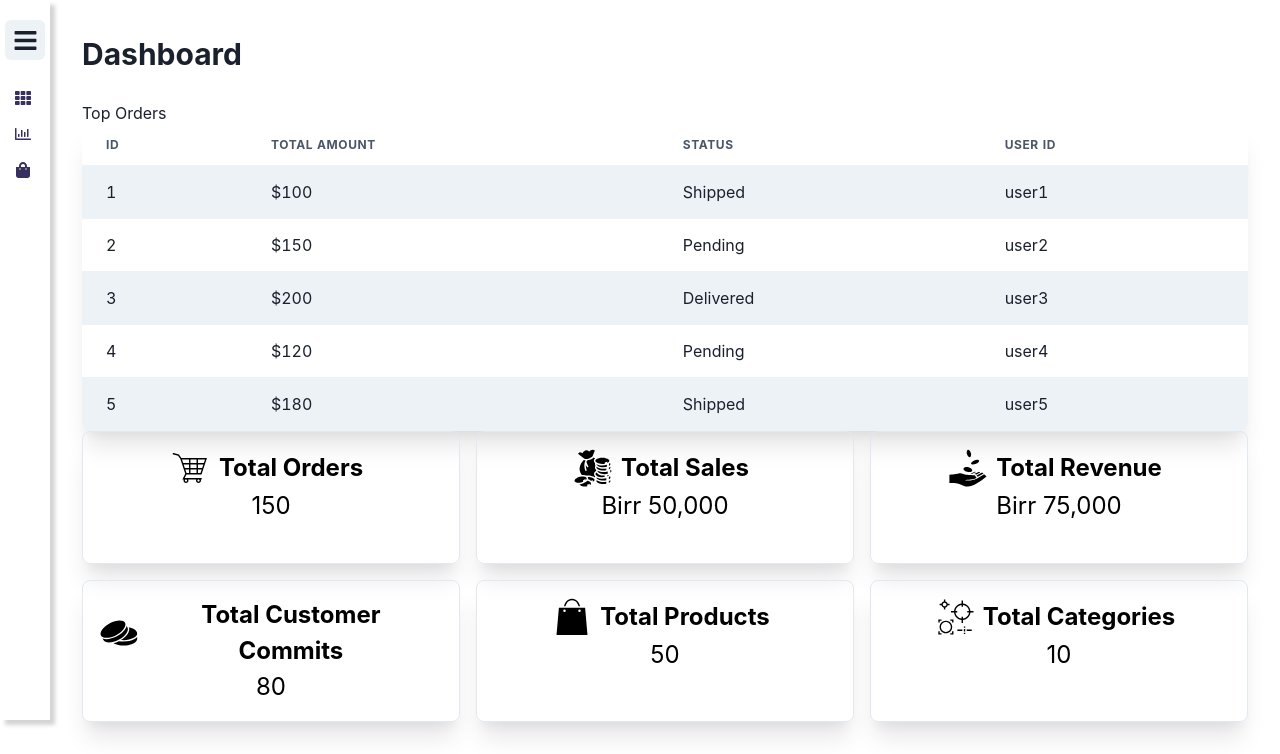
Repository: Andarg01/chakra-dashboard
Page: /
An editor plug-in stored every save of this project. The page is shown before and after the next save, followed by the edit.
The browser window is 1280 px wide. The pictures show the whole page.
The project was rebuilt for these pictures with package versions that can differ from the ones it lists, and the page was loaded fresh each time. Also part of the build but not shown: src/components/ProductModal.tsx, src/components/ProductTable.tsx, src/pages/ProductList.tsx, src/components/AnalyticalCard.tsx, src/pages/Analytics.tsx.

Above is the page before, as saved 2024-03-13 02:36:34.

After the next save:
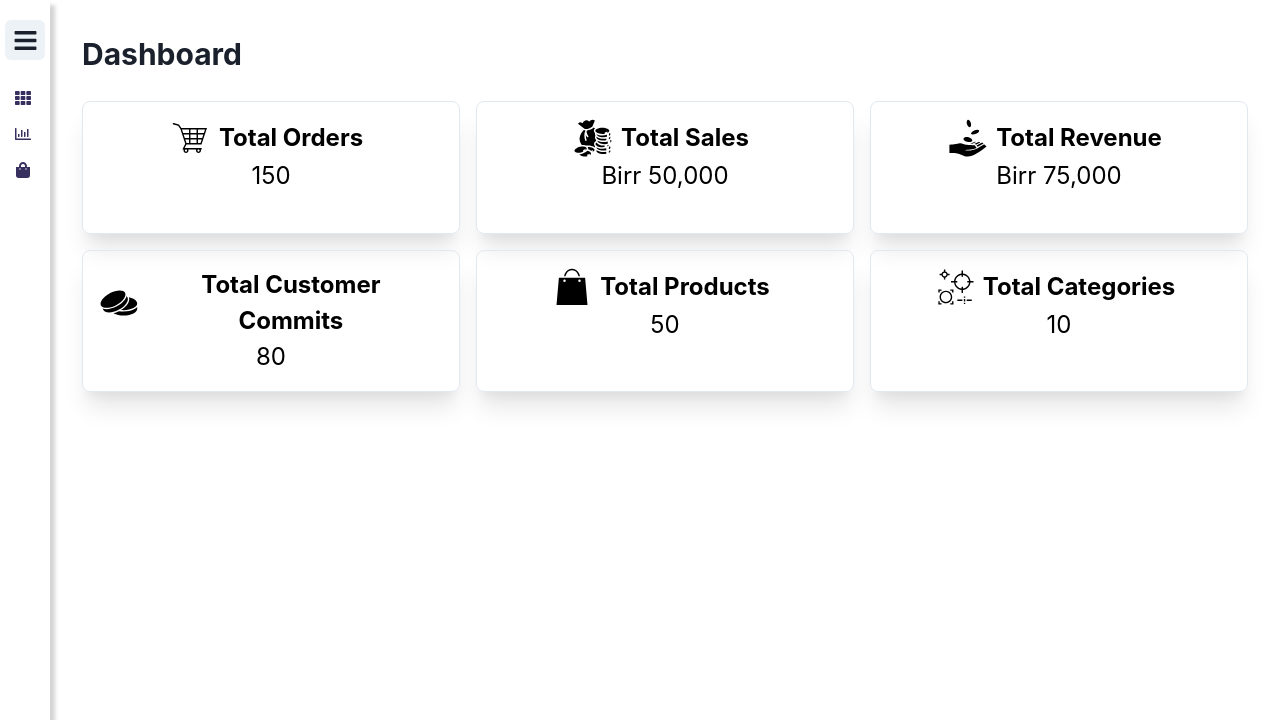
Saved 104 s later.
--- a/src/components/Dashboard.tsx
+++ b/src/components/Dashboard.tsx
@@ -5,7 +5,7 @@
 import React from 'react';
 import { Box, Text, SimpleGrid, Flex } from '@chakra-ui/react';
 import { GiShoppingCart, GiCash, GiReceiveMoney, GiTwoCoins, GiShoppingBag, GiMultipleTargets } from 'react-icons/gi';
-import Statics from './Statics';
+// import Statics from './Statics';
 
 interface DashboardCardProps {
   title: string;
@@ -70,7 +70,7 @@ const Dashboard: React.FC = () => {
       <Text fontSize="3xl" fontWeight="bold" mb="6">
         Dashboard
       </Text>
-      <Statics/>
+      {/* <Statics/> */}
       <SimpleGrid columns={[1, 2, 3, 3]} spacing="4">
         <DashboardCard title="Total Orders" value={metricsData.totalOrders} index={0} />
         <DashboardCard title="Total Sales" value={metricsData.totalSales} index={1} isCurrency />
